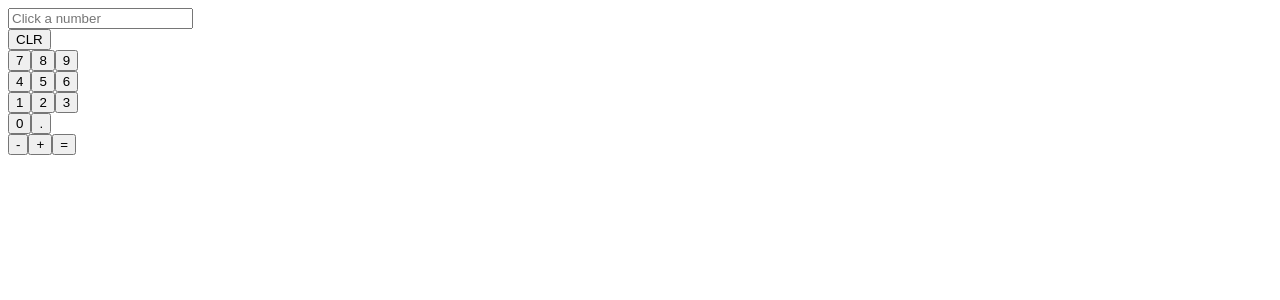
Repository: Marivic-SLRS/ReactJS-Basic-Calculator
Page: /
An editor plug-in stored every save of this project. The page is shown before and after a run of saves, followed by the edit.
The browser window is 1280 px wide. The pictures show the whole page.
The project was rebuilt for these pictures with package versions that can differ from the ones it lists, and the page was loaded fresh each time.

Above is the page before, as saved 2025-07-30 17:27:28.

After the next 2 saves:
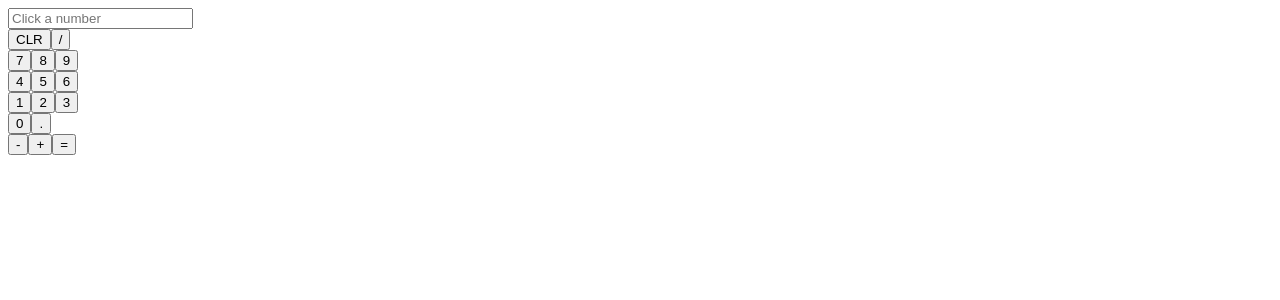
The 2 saves are shown as one change because they came seconds apart.
The last was saved 9 s later.
--- a/src/Components/Calculator.js
+++ b/src/Components/Calculator.js
@@ -12,6 +12,7 @@ function Calculator() {
             </div>
             <div>
                     <button>CLR</button>
+                    <button>/</button>
             </div>
             <div>
                 <div>
